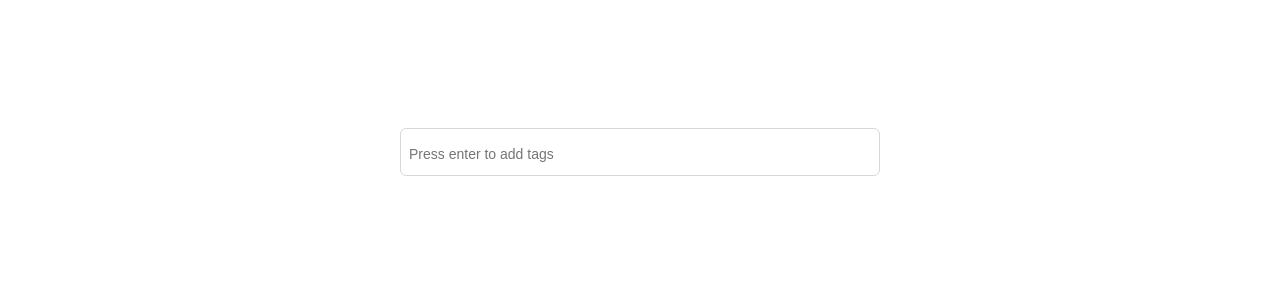
Repository: janghwahyun/wanted_pre_onboarding
Page: /Tag
The author's editor kept a copy of each file at every save. The page is drawn from the files as they stood at one save, then again after the next save.
The browser window is 1280 px wide. The pictures show the whole page.
The project was rebuilt for these pictures with package versions that can differ from the ones it lists, and the page was loaded fresh each time. Also part of the build but not shown: src/component/ClickToEdit.js, src/component/Modal.js, src/component/Tab.js, src/component/Toggle.js.

Above is the page before, as saved 2022-02-11 22:49:04.

### src/App.js
import ClickToEdit from './component/ClickToEdit';
import Modal from './component/Modal';
import Tab from './component/Tab';
import Tag from './component/Tag';
import Toggle from './component/Toggle';

import './App.css';
import { BrowserRouter, Routes, Route } from 'react-router-dom';

function App() {
  return (
    <BrowserRouter>
      <Routes>
        <Route path="/" element={<App />} />
        <Route path="/ClickToEdit" element={<ClickToEdit />} />
        <Route path="/Modal" element={<Modal />} />
        <Route path="/Tab" element={<Tab />} />
        <Route path="/Tag" element={<Tag />} />
        <Route path="/Toggle" element={<Toggle />} />
      </Routes>
    </BrowserRouter>
  );
}

export default App;

### src/component/Tag.js
import { useState } from 'react';
import styled from 'styled-components';

export const Tag = () => {
  const [tags, setTags] = useState([]);

  const removeTags = indexToRemove => {
    setTags(
      tags.filter(tag => {
        return tag !== tags[indexToRemove];
      })
    );
  };

  const addTags = event => {
    let value = event.target.value.trim();

    if (event.key === 'Enter' && !tags.includes(value) && value) {
      setTags([...tags, value]);

      event.target.value = '';
    } else if (event.key === 'Enter' && !value) {
      event.target.value = '';
    }
  };

  return (
    <>
      <TagsInput>
        <ul id="tags">
          {tags.map((tag, index) => (
            <li key={index} className="tag">
              <span className="tag-title">{tag}</span>
              <span className="tag-close-icon" onClick={() => removeTags(index)}>
                &times;
              </span>
            </li>
          ))}
        </ul>
        <input
          className="tag-input"
          type="text"
          onKeyUp={event => {
            addTags(event);
          }}
          placeholder="Press enter to add tags"
        />
      </TagsInput>
    </>
  );
};
const TagsInput = styled.div`
  margin: 8rem auto;
  display: flex;
  align-items: flex-start;
  flex-wrap: wrap;
  min-height: 48px;
  width: 480px;
  padding: 0 8px;
  border: 1px solid rgb(214, 216, 218);
  border-radius: 6px;

  > ul {
    display: flex;
    flex-wrap: wrap;
    padding: 0;
    margin: 8px 0 0 0;

    > .tag {
      width: auto;
      height: 32px;
      display: flex;
      align-items: center;
      justify-content: center;
      color: white;
      padding: 0 8px;
      font-size: 14px;
      list-style: none;
      border-radius: 6px;
      margin: 0 8px 8px 0;
      background: purple;
      > .tag-close-icon {
        display: block;
        width: 16px;
        height: 16px;
        line-height: 16px;
        text-align: center;
        font-size: 14px;
        margin-left: 8px;
        color: purple;
        border-radius: 50%;
        background: white;
        cursor: pointer;
      }
    }
  }

  > input {
    flex: 1;
    border: none;
    height: 46px;
    font-size: 14px;
    padding: 4px 0 0 0;
    :focus {
      outline: transparent;
    }
  }

  &:focus-within {
    border: 1px solid purple;
  }
`;

export default Tag;

### src/App.css
* {
  box-sizing: border-box;
}

.App {
  width: 100%;
  height: 100vh;
  display: flex;
  justify-content: center;
  align-items: center;
}

Loaded but not shown: public/index.html (common file); src/index.js (common file); src/index.css (common file); src/reportWebVitals.js (common file)

After the next save:
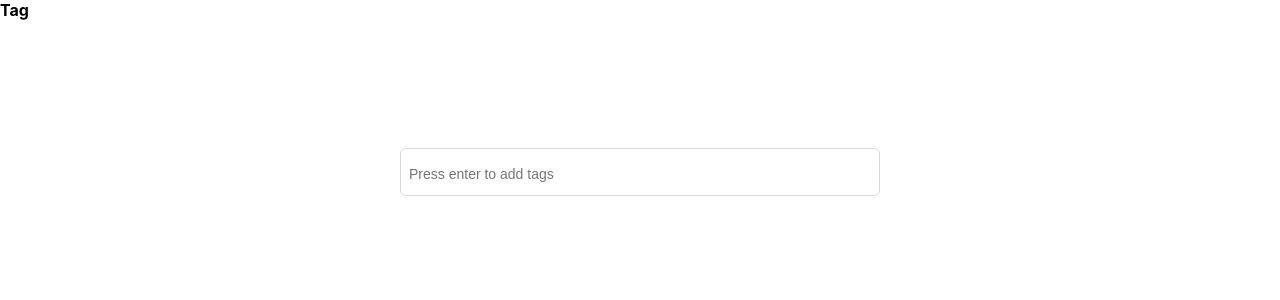
Saved 16 min 20 s later.
--- a/src/component/Tag.js
+++ b/src/component/Tag.js
@@ -26,6 +26,7 @@ export const Tag = () => {
 
   return (
     <>
+      <strong>Tag</strong>
       <TagsInput>
         <ul id="tags">
           {tags.map((tag, index) => (
